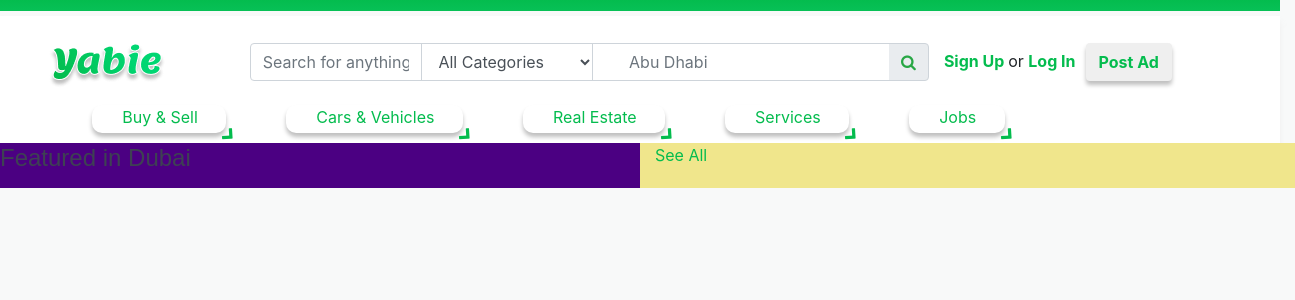
Repository: muazzamkha95/yabie
Page: homepage.html
These files come from the project's save history. The page is drawn as it stood at one moment and after a run of saves; the edit follows.
The browser window is 1280 px wide. The page is 1295 px wide, then 1280 px, so the pictures cover 1295 px, including what lies to the right of the window. The pictures show the whole page.

Above is the page before, as saved 2020-07-03 23:46:27.
Console error: TypeError: Cannot read properties of undefined (reading 'fn')

After the next 3 saves:
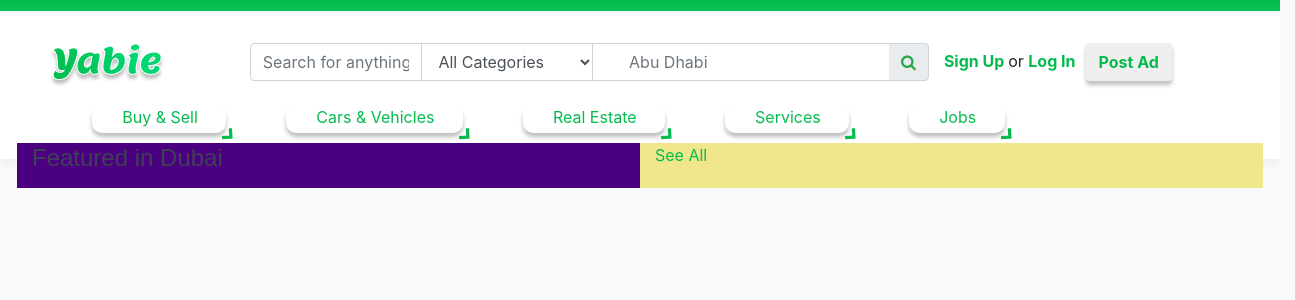
The 3 saves are shown as one change because they came seconds apart.
The last was saved 11 s later.
--- a/css/main.css
+++ b/css/main.css
@@ -74,7 +74,7 @@ nav{
 
 /* Main section  */
 
-#mainSection{
+.mainSection{
     width: 95%;
     margin-left: auto;
     margin-right: auto;
